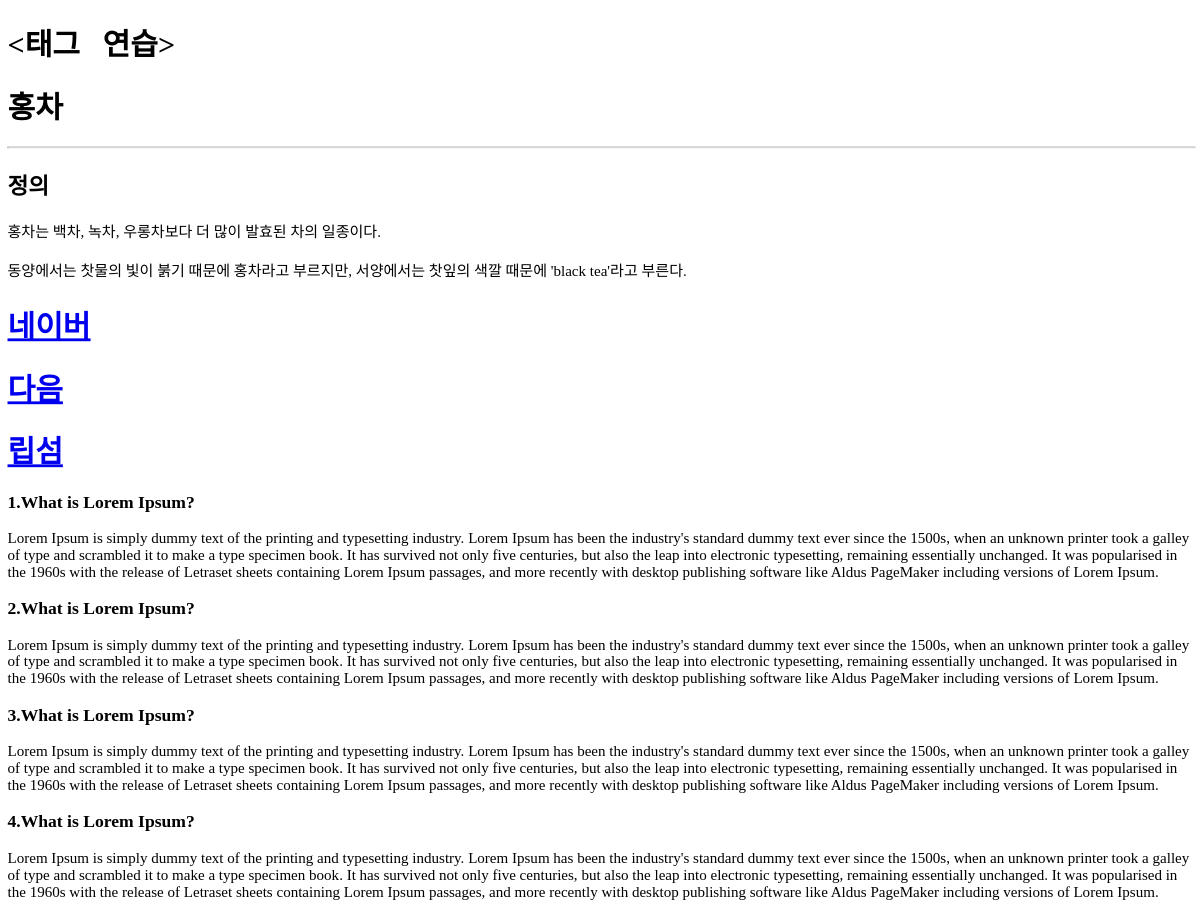
Repository: blinggg/html_git
Page: 0406/ex0406/WebContent/ex03.html
The author's editor kept a copy of each file at every save. The page is drawn from the files as they stood at one save, then again after the next save.
The browser window is 1280 px wide. The pictures show the whole page, at 94% of full size.

Above is the page before, as saved 2020-04-06 02:07:49.

After the next save:
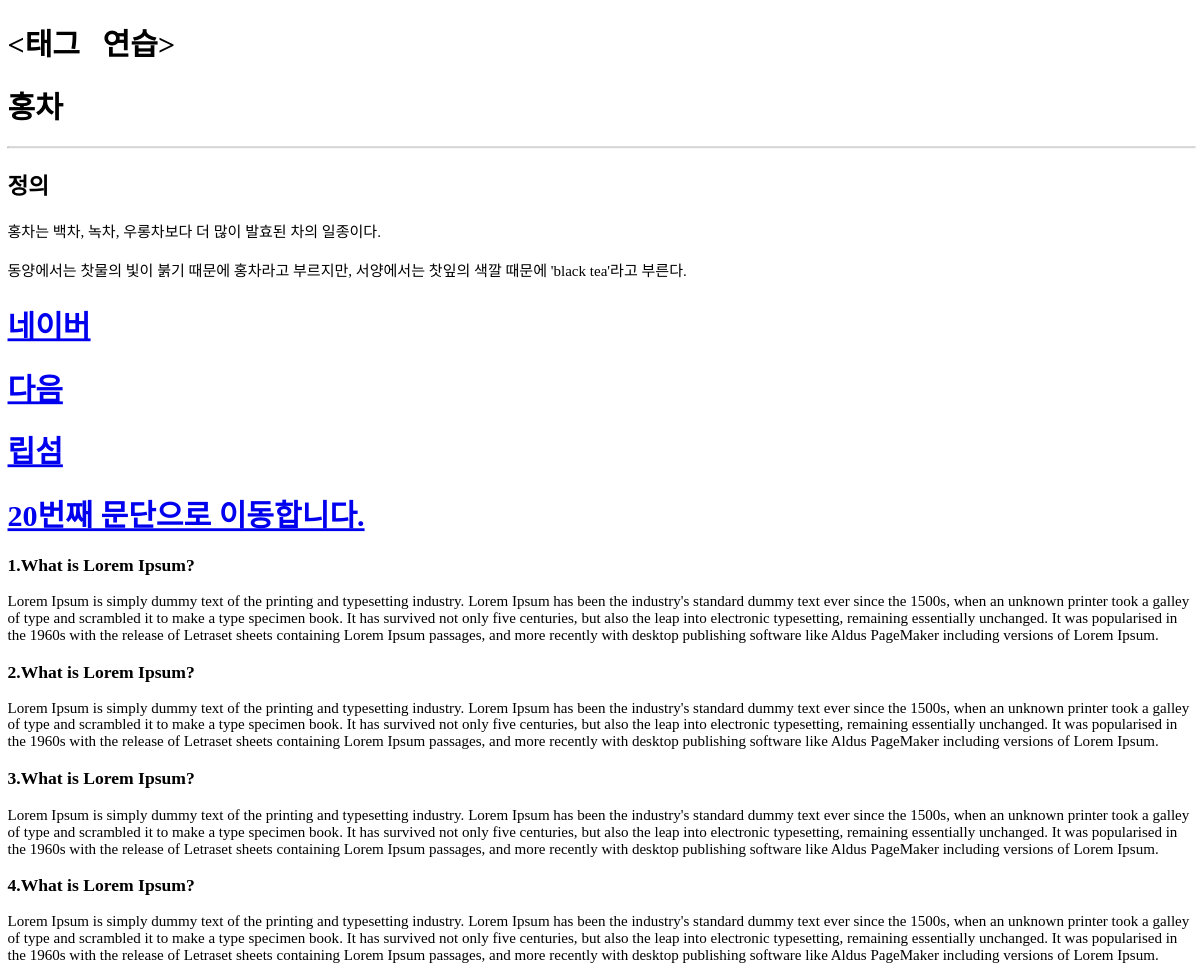
Saved 5 min 13 s later.
--- a/0406/ex0406/WebContent/ex03.html
+++ b/0406/ex0406/WebContent/ex03.html
@@ -16,8 +16,9 @@
 	<h1><a href="http://naver.com">네이버</a></h1>
 	<h1><a href="http://daum.net">다음</a></h1>
 	<h1><a href="http://lipsum.com">립섬</a></h1>
+	<h1><a href="#p2">20번째 문단으로 이동합니다.</a></h1>
 
-		<h3>1.What is Lorem Ipsum?</h3>
+		<h3 id="p1">1.What is Lorem Ipsum?</h3>
 	<p>
 	Lorem Ipsum is simply dummy text of the printing and typesetting industry.
 	Lorem Ipsum has been the industry's standard dummy text ever since the 1500s,
@@ -28,7 +29,7 @@
 	and more recently with desktop publishing software like Aldus PageMaker including versions of Lorem Ipsum.
 
 	</p>
-		<h3>2.What is Lorem Ipsum?</h3>
+		<h3 id="p2">2.What is Lorem Ipsum?</h3>
 	<p>
 	Lorem Ipsum is simply dummy text of the printing and typesetting industry.
 	Lorem Ipsum has been the industry's standard dummy text ever since the 1500s,
